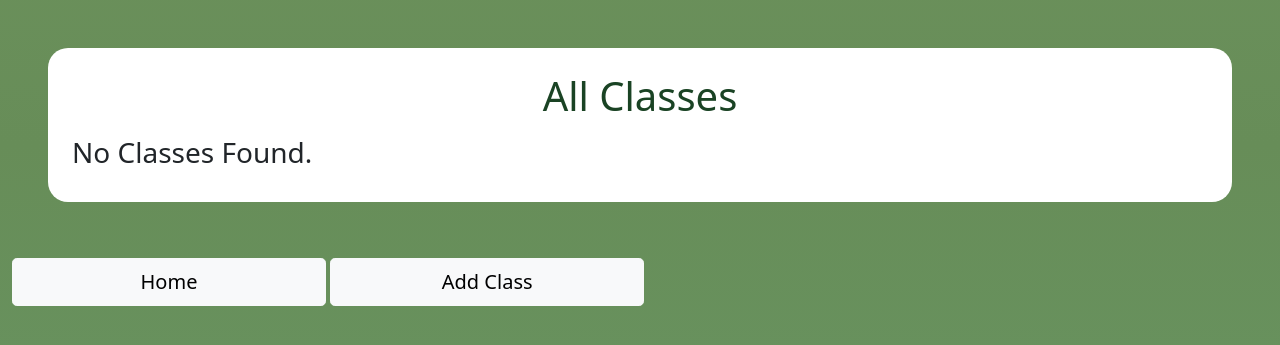
Repository: ronetteguevara/CalTech-ZumbaApp
Page: http://localhost/ZumbaApp/ViewClasses.jsp
An editor plug-in stored every save of this project. The page is shown before and after the next save, followed by the edit.
The browser window is 1280 px wide. The pictures show the whole page.
The page is served by Tomcat 10. Queries for data that is not in the repository find no rows.

Above is the page before, as saved 2024-05-03 02:18:20.

After the next save:
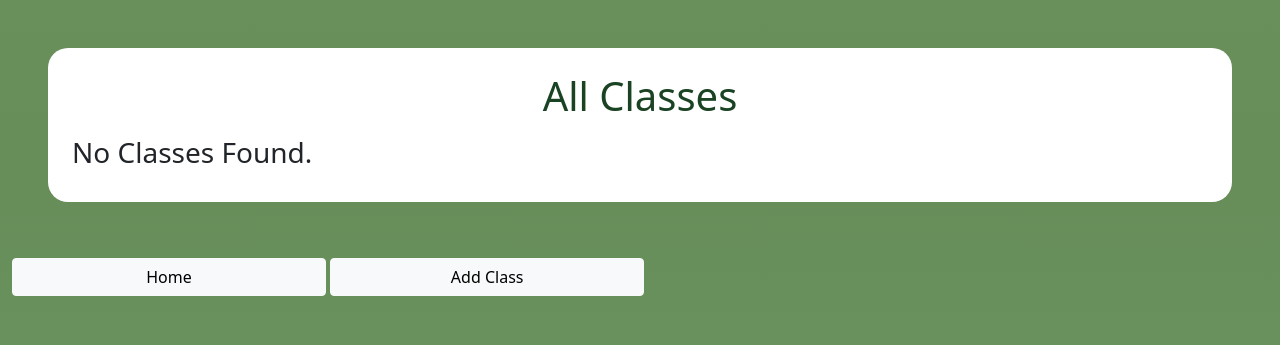
Saved 20 s later.
--- a/ZumbaApp/ZumbaApp/src/main/webapp/ViewClasses.jsp
+++ b/ZumbaApp/ZumbaApp/src/main/webapp/ViewClasses.jsp
@@ -56,8 +56,8 @@
             out.print("</div>");
         %>
         <div class="container-fluid justify-content-center">
-		<a class="w-25 btn btn-lg btn-primary btn-light mt-2 mb-5" href="Home.jsp">Home</a>
-		<a class="w-25 btn btn-lg btn-primary btn-light mt-2 mb-5" href="add-class.html">Add Class</a>
+		<a class="w-25 btn btn-primary btn-light mt-2 mb-5" href="Home.jsp">Home</a>
+		<a class="w-25 btn btn-primary btn-light mt-2 mb-5" href="add-class.html">Add Class</a>
 		</div>
 </body>
 </html>
